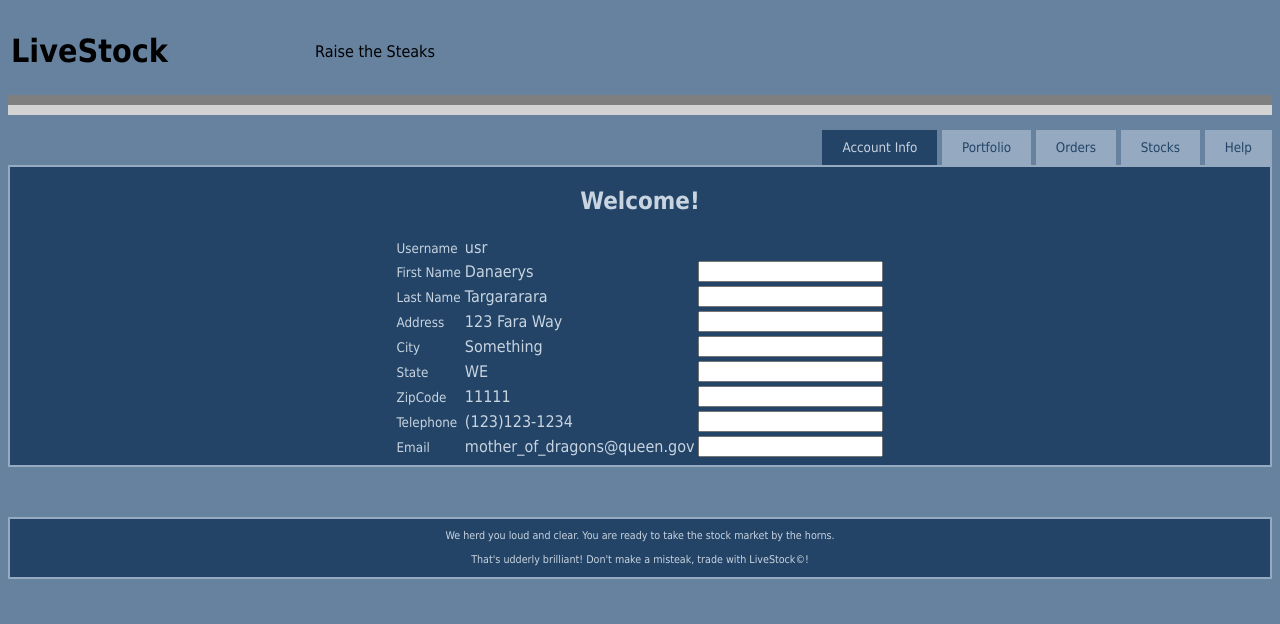
Repository: yastapova/live-stock
Page: LiveStockSite/WebContent/WEB-INF/cust_acc_info.html
These files come from the project's save history. The page is drawn as it stood at one moment and after the next save; the edit follows.
The browser window is 1280 px wide. The pictures show the whole page.

Above is the page before, as saved 2016-04-19 23:24:34.

### LiveStockSite/WebContent/WEB-INF/cust_acc_info.html
<!DOCTYPE html>
<html>
<head>
	<meta charset="ISO-8859-1">
	<title>LiveStock Trading | Customer Account</title>
	<link rel="stylesheet" href="gen.css" />
</head>
<body>
	<div class="header">
	<table>
		<tr>
			<td width='300px'><h1>LiveStock</h1></td>
			<td width='300px'><p>Raise the Steaks</p></td>
		</tr>
	</table>
	</div>
	<div class="menu" align="right">
	<a href="cust_acc_info.html" class="active">Account Info</a>
	<a href="cust_portfolio.html">Portfolio</a>
	<a href="cust_orders.html">Orders</a>
	<a href="cust_stocks.html">Stocks</a>
	<a href="cust_help.html">Help</a>
	</div>
	<div class="body" align="center">
		<h2>Welcome!</h2>
		<form>
		<table>
			<tr>
				<td><span class="formlabel">Username</span></td>
				<td><span class="accinfo">usr</span></td>
				<td></td>
			</tr>
			<tr>
				<td><span class="formlabel">First Name</span></td>
				<td><span class="accinfo">Danaerys</span></td>
				<td><input id="fname" name="first_name" type="text" /></td>
			</tr>
			<tr>
				<td><span class="formlabel">Last Name</span></td>
				<td><span class="accinfo">Targararara</span></td>
				<td><input id="lname" name="last_name" type="text" /></td>
			</tr>
			<tr>
				<td><span class="formlabel">Address</span></td>
				<td><span class="accinfo">123 Fara Way</span></td>
				<td><input id="addr" name="address" type="text" /></td>
			</tr>
			<tr>
				<td><span class="formlabel">City</span></td>
				<td><span class="accinfo">Something</span></td>
				<td><input id="city" name="city" type="text" /></td>
			</tr>
			<tr>
				<td><span class="formlabel">State</span></td>
				<td><span class="accinfo">WE</span></td>
				<td><input id="state" name="state" type="text" /></td>
			</tr>
			<tr>
				<td><span class="formlabel">ZipCode</span></td>
				<td><span class="accinfo">11111</span></td>
				<td><input id="zip" name="zipcode" type="text" /></td>
			</tr>
			<tr>
				<td><span class="formlabel">Telephone</span></td>
				<td><span class="accinfo">(123)123-1234</span></td>
				<td><input id="phone" name="phone" type="text" /></td>
			</tr>
			<tr>
				<td><span class="formlabel">Email</span></td>
				<td><span class="accinfo">mother_of_dragons@queen.gov</span></td>
				<td><input id="email" name="email" type="text" /></td>
			</tr>
		</table>
		</form>
	</div>

	<div class="footer">
	<p>We herd you loud and clear. You are ready to take the stock market by the horns.</p>
	<p>That's udderly brilliant! Don't make a misteak, trade with LiveStock&copy;!</p>
	</div>
</body>
</html>

### LiveStockSite/WebContent/WEB-INF/gen.css
@CHARSET "ISO-8859-1";

body {
	background-color: #67829F;
	font-family: Tahoma;
}
a {
	font-size: 10pt;
}
.body a:link {
	color: #D6C9E2;
}
.body a:visited {
	color: #896AA4;
}
.body a:hover {
	color: #D6C9E2;
}
.formlabel {
	font-size: 10pt;
}
.header {
	border-bottom-style: groove;
	border-bottom-width: 20px;
	border-bottom-color: lightgrey;
	margin-bottom: 15px;
}
.body {
	padding-left: 5px;
	padding-right: 5px;
	padding-bottom: 5px;
	background-color: #234467;
	border-style: solid;
	border-width: 2px;
	border-color: #95AAC0;
	color: #C8D4E0;
}
.footer {
	text-align: center;
	margin-top: 50px;
	padding-left: 5px;
	padding-right: 5px;
	background-color: #234467;
	border-style: solid;
	border-width: 2px;
	border-color: #95AAC0;
	color: #C8D4E0;
}
.footer p {
	font-size: 8pt;
}
.menu a, a:visited {
	background-color: #95AAC0;
	color: #234467;
	padding: 10px 20px;
	text-align: center;
	text-decoration: none;
	display: inline-block;
}
.menu a:hover {
	background-color: #234467;
	color: #C8D3E0;
}
.menu a.active {
	background-color: #234467;
	color: #C8D3E0;
}

After the next save:
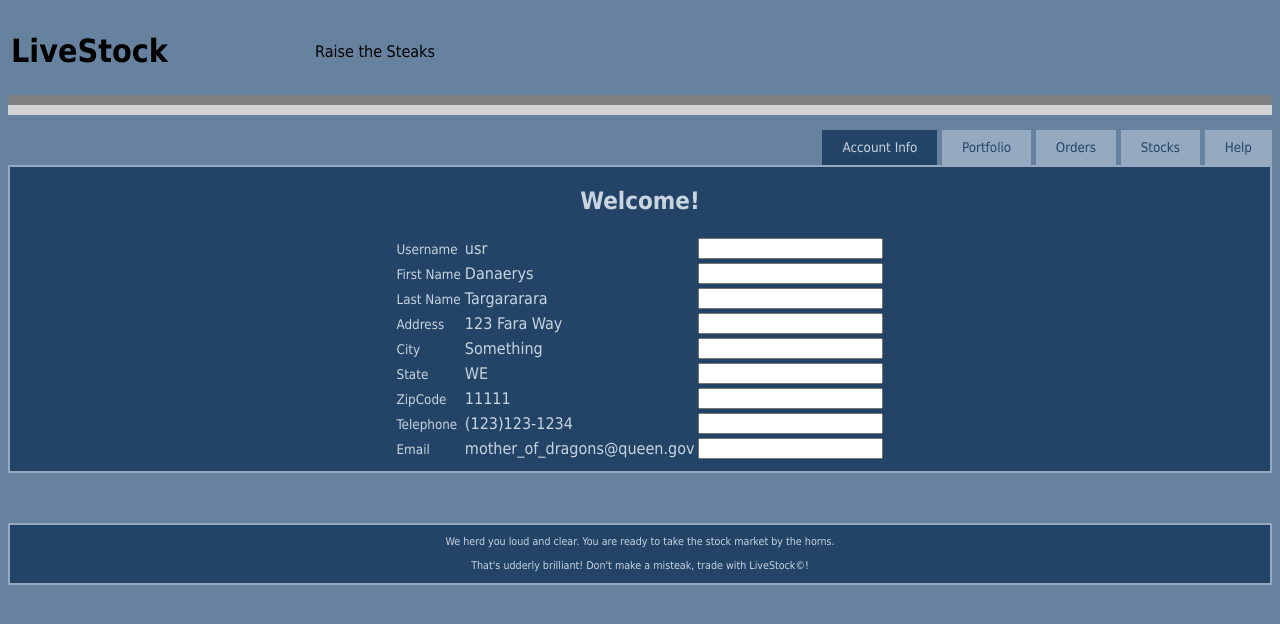
Saved 105 s later.
--- a/LiveStockSite/WebContent/WEB-INF/cust_acc_info.html
+++ b/LiveStockSite/WebContent/WEB-INF/cust_acc_info.html
@@ -28,7 +28,7 @@
 			<tr>
 				<td><span class="formlabel">Username</span></td>
 				<td><span class="accinfo">usr</span></td>
-				<td></td>
+				<td><input id="usrn" name="username" type="text" /></td>
 			</tr>
 			<tr>
 				<td><span class="formlabel">First Name</span></td>
@@ -70,6 +70,11 @@
 				<td><span class="accinfo">mother_of_dragons@queen.gov</span></td>
 				<td><input id="email" name="email" type="text" /></td>
 			</tr>
+			<tr>
+				<td></td>
+				<td></td>
+				<td></td>
+			</tr>
 		</table>
 		</form>
 	</div>
